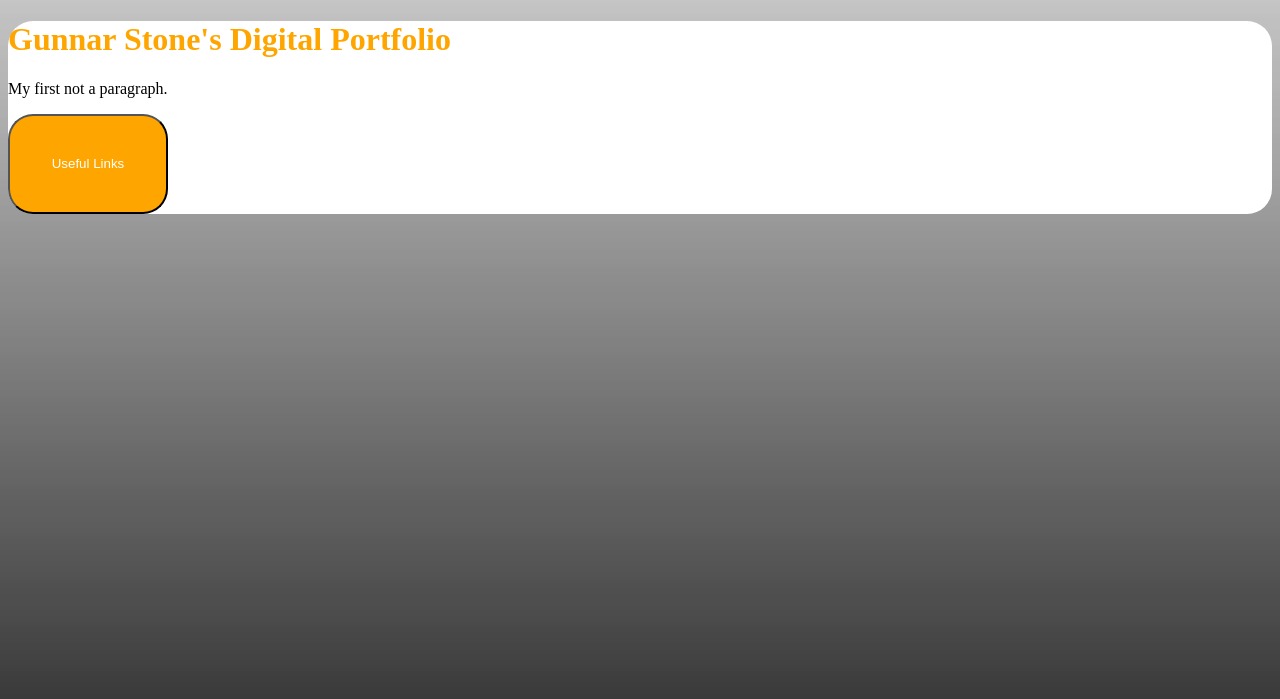
Repository: GunnarStone/GunnarStone.github.io
Page: Navbar.html
The author's editor kept a record of every edit. The page is drawn from the files as they stood at one moment, then again after the next edit.
The browser window is 1280 px wide. The pictures show the whole page.

Above is the page before.

After the next edit:
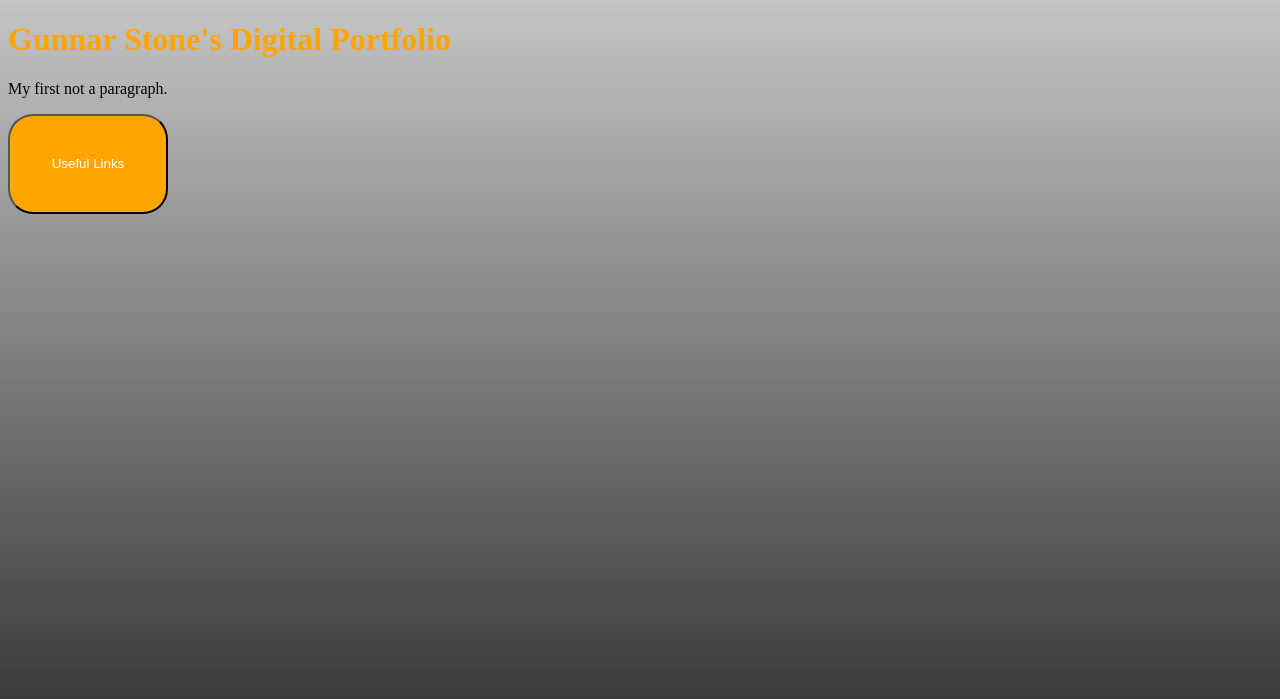
The edit:
--- a/Navbar.html
+++ b/Navbar.html
@@ -45,7 +45,7 @@
         .dropdown-text {
             font-size: 40px;
         }
-        html {
+        body {
           background: url(data:[embedded picture, 1707 characters]) no-repeat center fixed;
           background-size: cover;
         }
